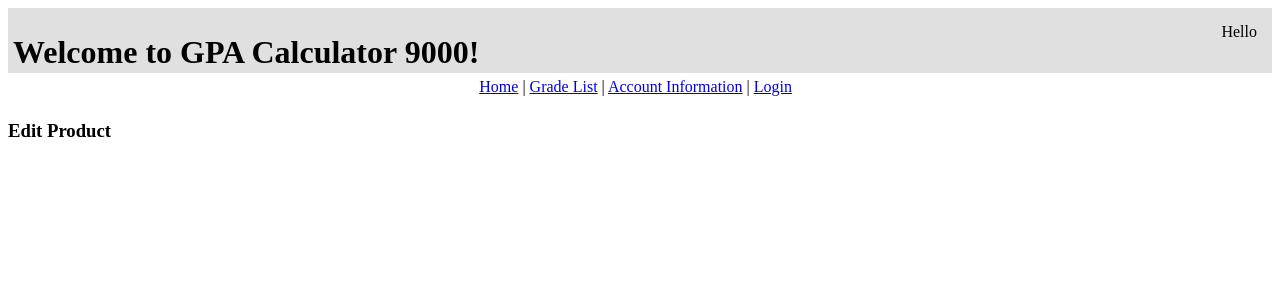
Repository: cheeseburger-engineering/gpaCalculator
Page: http://localhost/GPACalculator/WEB-INF/views/editClassView.jsp
These files come from the project's save history. The page is drawn as it stood at one moment and after the next save; the edit follows.
The browser window is 1280 px wide. The pictures show the whole page.
The page is served by Tomcat 9. Nobody is signed in. The template is opened directly, without the code that normally fills it, so the values that code supplies are empty.

Above is the page before, as saved 2019-06-02 22:37:19.

After the next save:
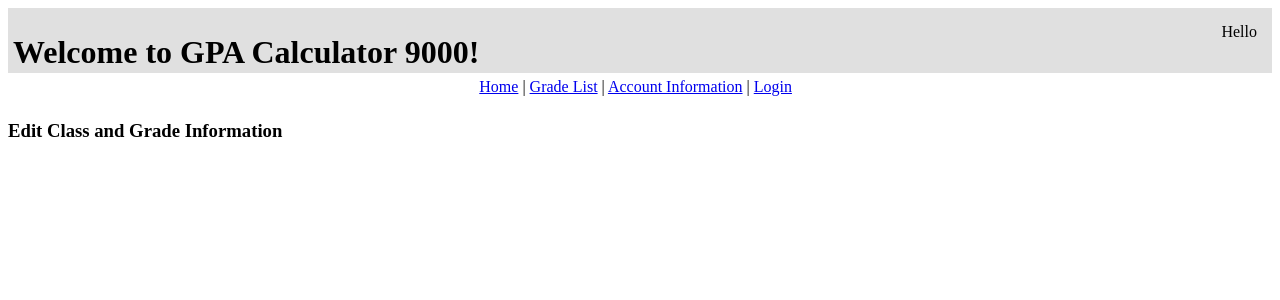
Saved 60 s later.
--- a/GPACalculator/WebContent/WEB-INF/views/editClassView.jsp
+++ b/GPACalculator/WebContent/WEB-INF/views/editClassView.jsp
@@ -6,7 +6,7 @@
 
 <head>
 	<meta charset="UTF-8">
-	<title>Edit Product</title>
+	<title>Edit Class</title>
 </head>
 
 <body>
@@ -14,7 +14,7 @@
 	<jsp:include page="_header.jsp"></jsp:include>
 	<jsp:include page="_menu.jsp"></jsp:include>
 
-	<h3>Edit Product</h3>
+	<h3>Edit Class and Grade Information</h3>
 
 	<p style="color: red;">${errorString}</p>
 		<c:if test="${not empty product}">
